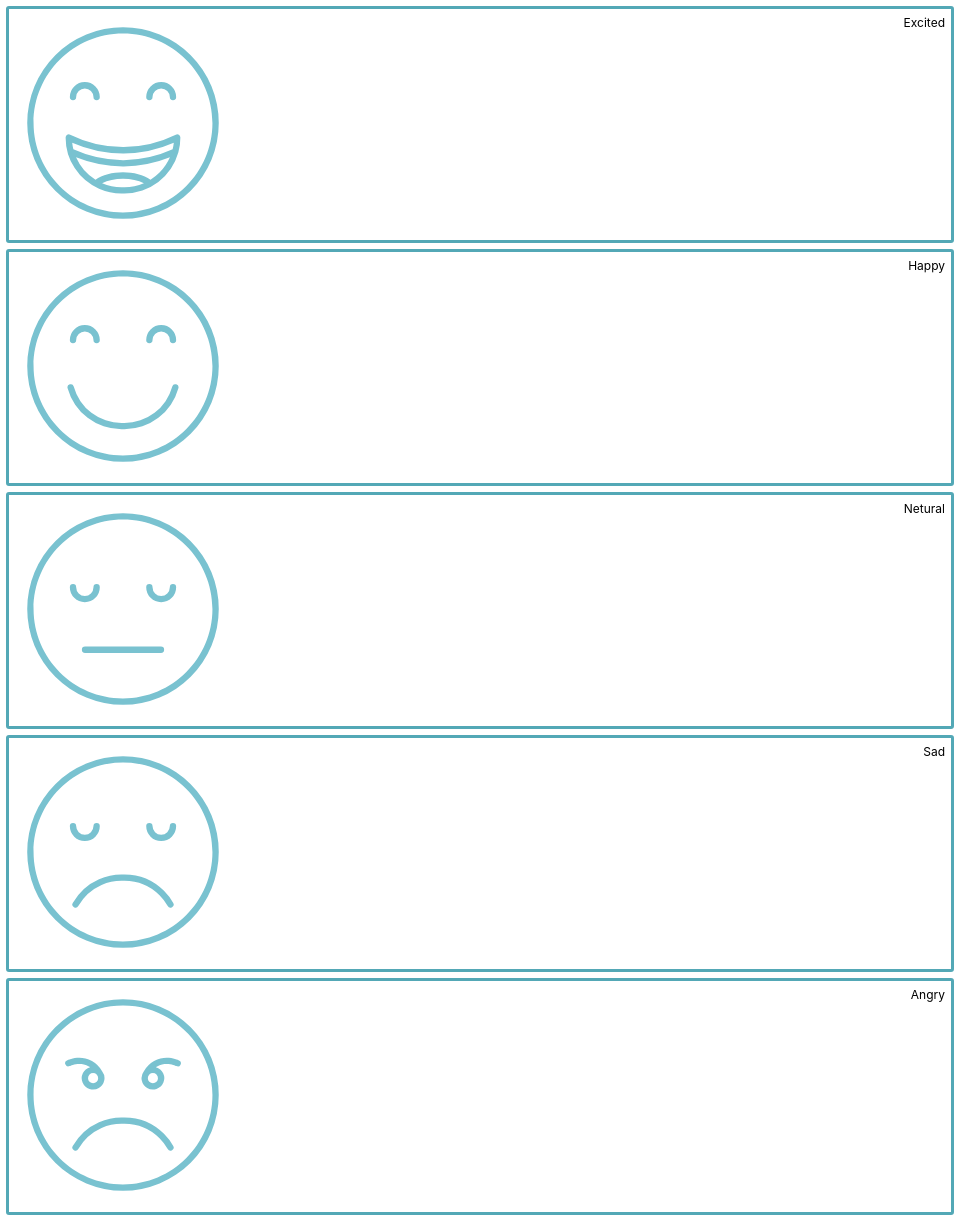
Repository: majakesin/moodify-app
Page: /
These files come from the project's save history. The page is drawn as it stood at one moment and after the next save; the edit follows.
The browser window is 1280 px wide. The pictures show the whole page, at 75% of full size.
The project was rebuilt for these pictures with package versions that can differ from the ones it lists, and the page was loaded fresh each time.

Above is the page before, as saved 2023-08-21 11:47:16.

After the next save:
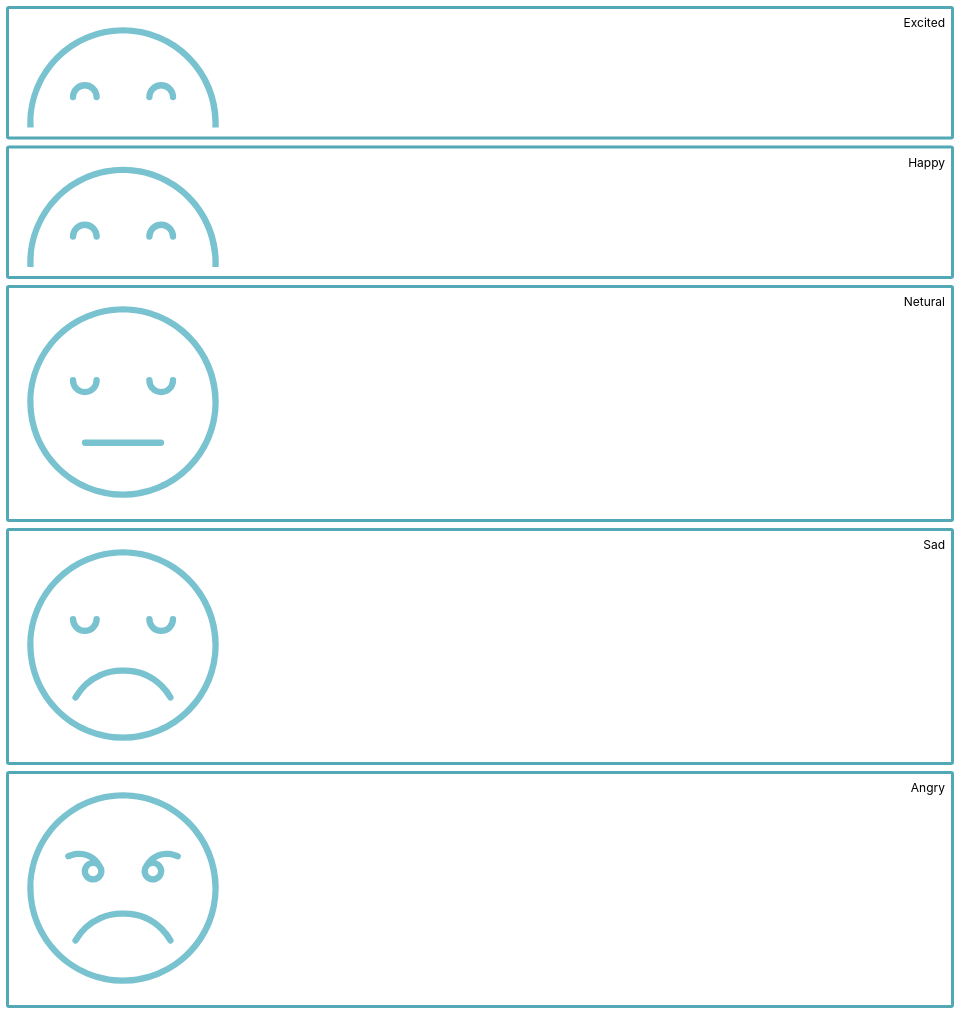
Saved 75 s later.
--- a/src/data/moods.js
+++ b/src/data/moods.js
@@ -1,7 +1,7 @@
 export const moods = [
     {
         type: 'Excited',
-        icon: <svg id="SvgjsSvg1081" width="288" height="288" xmlns="http://www.w3.org/2000/svg" version="1.1" xmlnsXlink="http://www.w3.org/1999/xlink" xmlnsSvgjs="http://svgjs.com/svgjs">
+        icon: <svg id="SvgjsSvg1081" xmlns="http://www.w3.org/2000/svg" version="1.1" xmlnsXlink="http://www.w3.org/1999/xlink" xmlnsSvgjs="http://svgjs.com/svgjs">
                 <defs id="SvgjsDefs1082"></defs>
                 <g id="SvgjsG1083">
                     <svg xmlns="http://www.w3.org/2000/svg" data-name="Layer 1" viewBox="0 0 512 512" width="288" height="288">
@@ -12,7 +12,7 @@ export const moods = [
     },
     {
         type: 'Happy',
-        icon: <svg id="SvgjsSvg1102" width="288" height="288" xmlns="http://www.w3.org/2000/svg" version="1.1" xmlnsXlink="http://www.w3.org/1999/xlink" xmlnsSvgjs="http://svgjs.com/svgjs">
+        icon: <svg id="SvgjsSvg1102" xmlns="http://www.w3.org/2000/svg" version="1.1" xmlnsXlink="http://www.w3.org/1999/xlink" xmlnsSvgjs="http://svgjs.com/svgjs">
                 <defs id="SvgjsDefs1103"></defs>
                 <g id="SvgjsG1104">
                     <svg xmlns="http://www.w3.org/2000/svg" data-name="Layer 1" viewBox="0 0 512 512" width="288" height="288">
